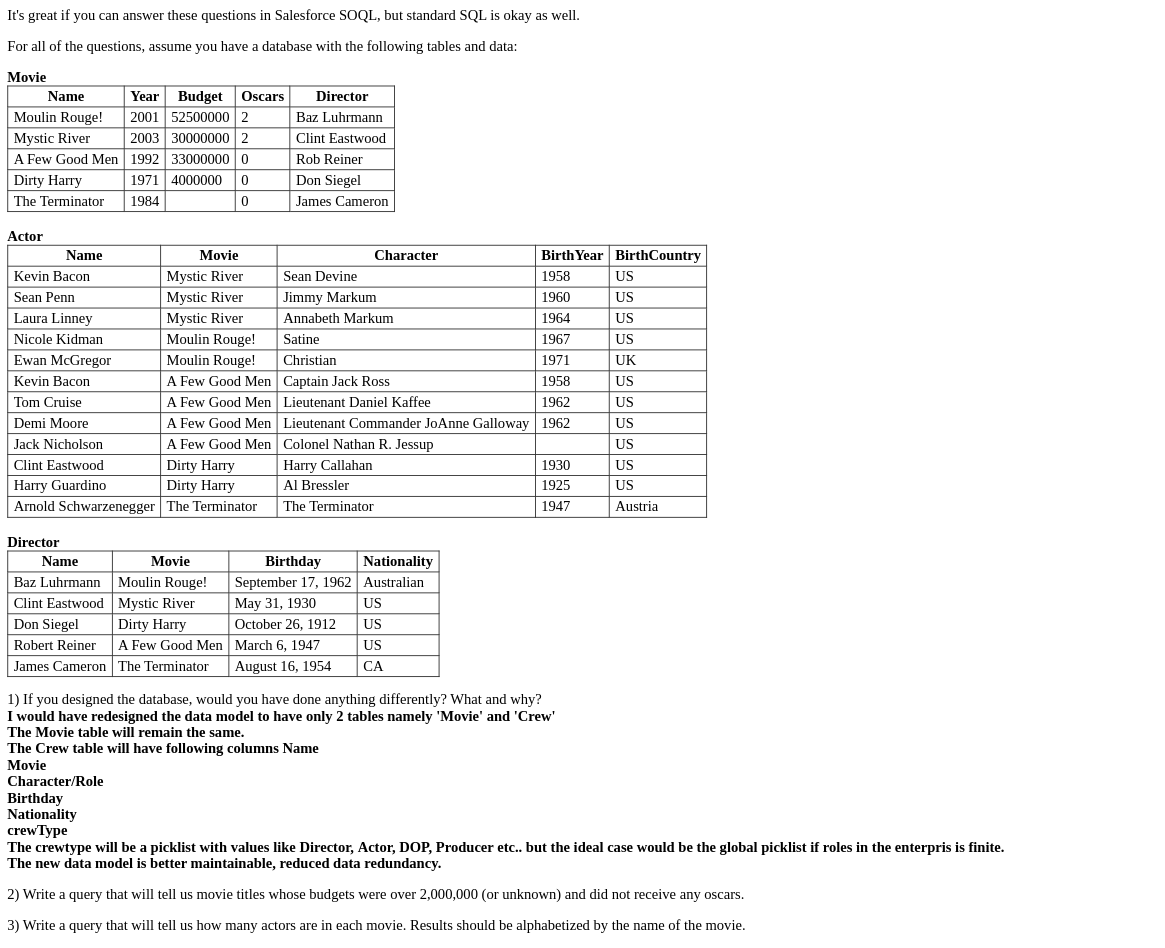
Repository: akhil33/AFFRM
Page: AFFIRM-NON-SFDC/Database.html
An editor plug-in stored every save of this project. The page is shown before and after the next save, followed by the edit.
The browser window is 1280 px wide. The pictures show the whole page, at 91% of full size.

Above is the page before, as saved 2022-04-07 20:53:45.

### AFFIRM-NON-SFDC/Database.html
<html>
	<head>
		<style type="text/css">
			table { border-collapse: collapse; border: solid 1px black; }
			td, th { border: solid 1px #333; padding: 2px 6px; }
		</style>
	</head>

	<body>
		<p>It's great if you can answer these questions in Salesforce SOQL, but standard SQL is okay as well.</p>

		<p>For all of the questions, assume you have a database with the following tables and data:</p>

		<b>Movie</b>
		<table>
			<tr>
				<th>Name</th>
				<th>Year</th>
				<th>Budget</th>
				<th>Oscars</th>
				<th>Director</th>
			</tr>
			<tr>
				<td>Moulin Rouge!</td>
				<td>2001</td>
				<td>52500000</td>
				<td>2</td>
				<td>Baz Luhrmann</td>
			</tr>
			<tr>
				<td>Mystic River</td>
				<td>2003</td>
				<td>30000000</td>
				<td>2</td>
				<td>Clint Eastwood</td>
			</tr>
			<tr>
				<td>A Few Good Men</td>
				<td>1992</td>
				<td>33000000</td>
				<td>0</td>
				<td>Rob Reiner</td>
			</tr>
			<tr>
				<td>Dirty Harry</td>
				<td>1971</td>
				<td>4000000</td>
				<td>0</td>
				<td>Don Siegel</td>
			</tr>
			<tr>
				<td>The Terminator</td>
				<td>1984</td>
				<td></td>
				<td>0</td>
				<td>James Cameron</td>
			</tr>
		</table>

		<br/>
		<b>Actor</b>
		<table>
			<tr>
				<th>Name</th>
				<th>Movie</th>
				<th>Character</th>
				<th>BirthYear</th>
				<th>BirthCountry</th>
			</tr>
			<tr>
				<td>Kevin Bacon</td>
				<td>Mystic River</td>
				<td>Sean Devine</td>
				<td>1958</td>
				<td>US</td>
			</tr>
			<tr>
				<td>Sean Penn</td>
				<td>Mystic River</td>
				<td>Jimmy Markum</td>
				<td>1960</td>
				<td>US</td>
			</tr>
			<tr>
				<td>Laura Linney</td>
				<td>Mystic River</td>
				<td>Annabeth Markum</td>
				<td>1964</td>
				<td>US</td>
			</tr>
			<tr>
				<td>Nicole Kidman</td>
				<td>Moulin Rouge!</td>
				<td>Satine</td>
				<td>1967</td>
				<td>US</td>
			</tr>
			<tr>
				<td>Ewan McGregor</td>
				<td>Moulin Rouge!</td>
				<td>Christian</td>
				<td>1971</td>
				<td>UK</td>
			</tr>
			<tr>
				<td>Kevin Bacon</td>
				<td>A Few Good Men</td>
				<td>Captain Jack Ross</td>
				<td>1958</td>
				<td>US</td>
			</tr>
			<tr>
				<td>Tom Cruise</td>
				<td>A Few Good Men</td>
				<td>Lieutenant Daniel Kaffee</td>
				<td>1962</td>
				<td>US</td>
			</tr>
			<tr>
				<td>Demi Moore</td>
				<td>A Few Good Men</td>
				<td>Lieutenant Commander JoAnne Galloway</td>
				<td>1962</td>
				<td>US</td>
			</tr>
			<tr>
				<td>Jack Nicholson</td>
				<td>A Few Good Men</td>
				<td>Colonel Nathan R. Jessup</td>
				<td></td>
				<td>US</td>
			</tr>
			<tr>
				<td>Clint Eastwood</td>
				<td>Dirty Harry</td>
				<td>Harry Callahan</td>
				<td>1930</td>
				<td>US</td>
			</tr>
			<tr>
				<td>Harry Guardino</td>
				<td>Dirty Harry</td>
				<td>Al Bressler</td>
				<td>1925</td>
				<td>US</td>
			</tr>
			<tr>
				<td>Arnold Schwarzenegger</td>
				<td>The Terminator</td>
				<td>The Terminator</td>
				<td>1947</td>
				<td>Austria</td>
			</tr>
		</table>

		<br/>
		<b>Director</b>
		<table>
			<tr>
				<th>Name</th>
				<th>Movie</th>
				<th>Birthday</th>
				<th>Nationality</th>
			</tr>
			<tr>
				<td>Baz Luhrmann</td>
				<td>Moulin Rouge!</td>
				<td>September 17, 1962</td>
				<td>Australian</td>
			</tr>
			<tr>
				<td>Clint Eastwood</td>
				<td>Mystic River</td>
				<td>May 31, 1930</td>
				<td>US</td>
			</tr>
			<tr>
				<td>Don Siegel</td>
				<td>Dirty Harry</td>
				<td>October 26, 1912</td>
				<td>US</td>
			</tr>
			<tr>
				<td>Robert Reiner</td>
				<td>A Few Good Men</td>
				<td>March 6, 1947</td>
				<td>US</td>
			</tr>
			<tr>
				<td>James Cameron</td>
				<td>The Terminator</td>
				<td>August 16, 1954</td>
				<td>CA</td>
			</tr>
		</table>


		<p>1) If you designed the database, would you have done anything differently? What and why?
			<strong><br>
			I would have redesigned the data model to have only 2 tables namely 'Movie' and 'Crew'
			<br>
			The Movie table will remain the same.
			<br>
			The Crew table will have following columns
				Name 	<br>
				Movie	<br>
				Character/Role <br>
				Birthday	<br>
				Nationality <br>
				crewType <br>
			The crewtype will be a picklist with values like Director,&nbspActor,&nbspDOP,&nbspProducer etc.. but the ideal case would be the global picklist if roles in the enterpris is finite. <br>

			The new data model is better maintainable, reduced data redundancy.</strong>

		<p>2) Write a query that will tell us movie titles whose budgets were over 2,000,000 (or unknown) and did not receive any oscars.

		<!--
			<p> select Name from Movie where Oscars = 0   // this querty will fetch the results mentioned but not a better coding style</p>
			<p> Select Name from Movie where Oscars = 0 and (Budget is null or Budget > 2000000)  // preferred.</p>
		-->

		<p>3) Write a query that will tell us how many actors are in each movie.  Results should be alphabetized by the name of the movie.</p>

		<!--
			<p> Select Movie,Count(Name) from Actor group by Movie test order by Movie asc </p>
		-->



	</body>
</html>

After the next save:
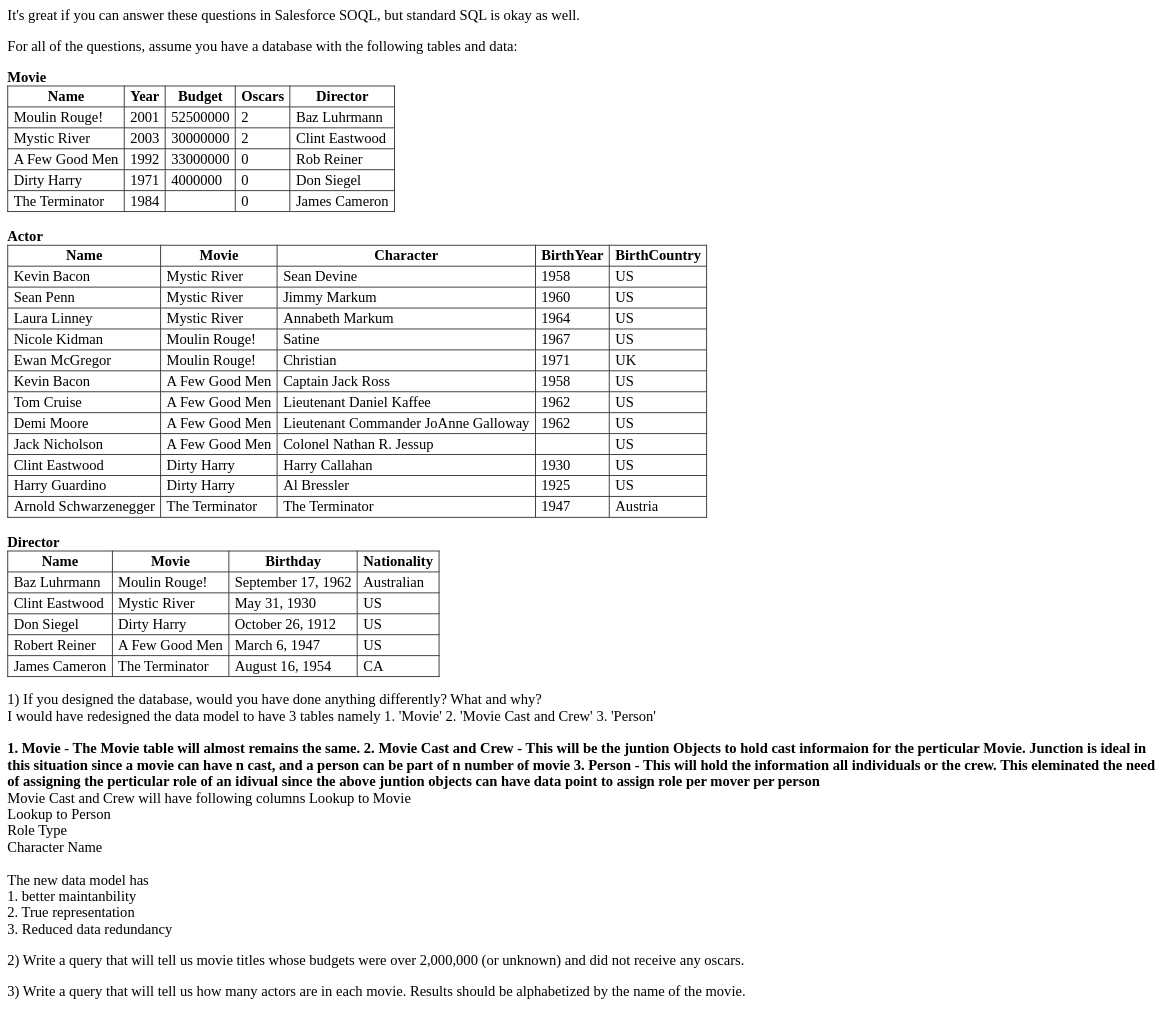
Saved 17 min 40 s later.
--- a/AFFIRM-NON-SFDC/Database.html
+++ b/AFFIRM-NON-SFDC/Database.html
@@ -196,21 +196,24 @@
 
 
 		<p>1) If you designed the database, would you have done anything differently? What and why?
-			<strong><br>
-			I would have redesigned the data model to have only 2 tables namely 'Movie' and 'Crew'
 			<br>
-			The Movie table will remain the same.
-			<br>
-			The Crew table will have following columns
-				Name 	<br>
-				Movie	<br>
-				Character/Role <br>
-				Birthday	<br>
-				Nationality <br>
-				crewType <br>
-			The crewtype will be a picklist with values like Director,&nbspActor,&nbspDOP,&nbspProducer etc.. but the ideal case would be the global picklist if roles in the enterpris is finite. <br>
-
-			The new data model is better maintainable, reduced data redundancy.</strong>
+			I would have redesigned the data model to have 3 tables namely 1. 'Movie' 2. 'Movie Cast and Crew' 3. 'Person'
+			<br><br><strong>
+			1. Movie - The Movie table will almost remains the same.
+			2. Movie Cast and Crew - This will be the juntion Objects to hold cast informaion for the perticular Movie. Junction is ideal in this situation since a movie can have n cast, and a person can be part of n number of movie
+			3. Person - This will hold the information all individuals or the crew. This eleminated the need of assigning the perticular role of an idivual since the above juntion objects can have data point to assign role per mover per person
+			<br></strong>
+			Movie Cast and Crew will have following columns
+				Lookup to Movie 	<br>
+				Lookup to Person <br>
+				Role Type	<br>
+				Character Name <br> <br>
+
+
+			The new data model has <br>
+			1. better maintanbility<br>
+			2. True representation<br>
+			3. Reduced data redundancy<br>
 
 		<p>2) Write a query that will tell us movie titles whose budgets were over 2,000,000 (or unknown) and did not receive any oscars.
 
